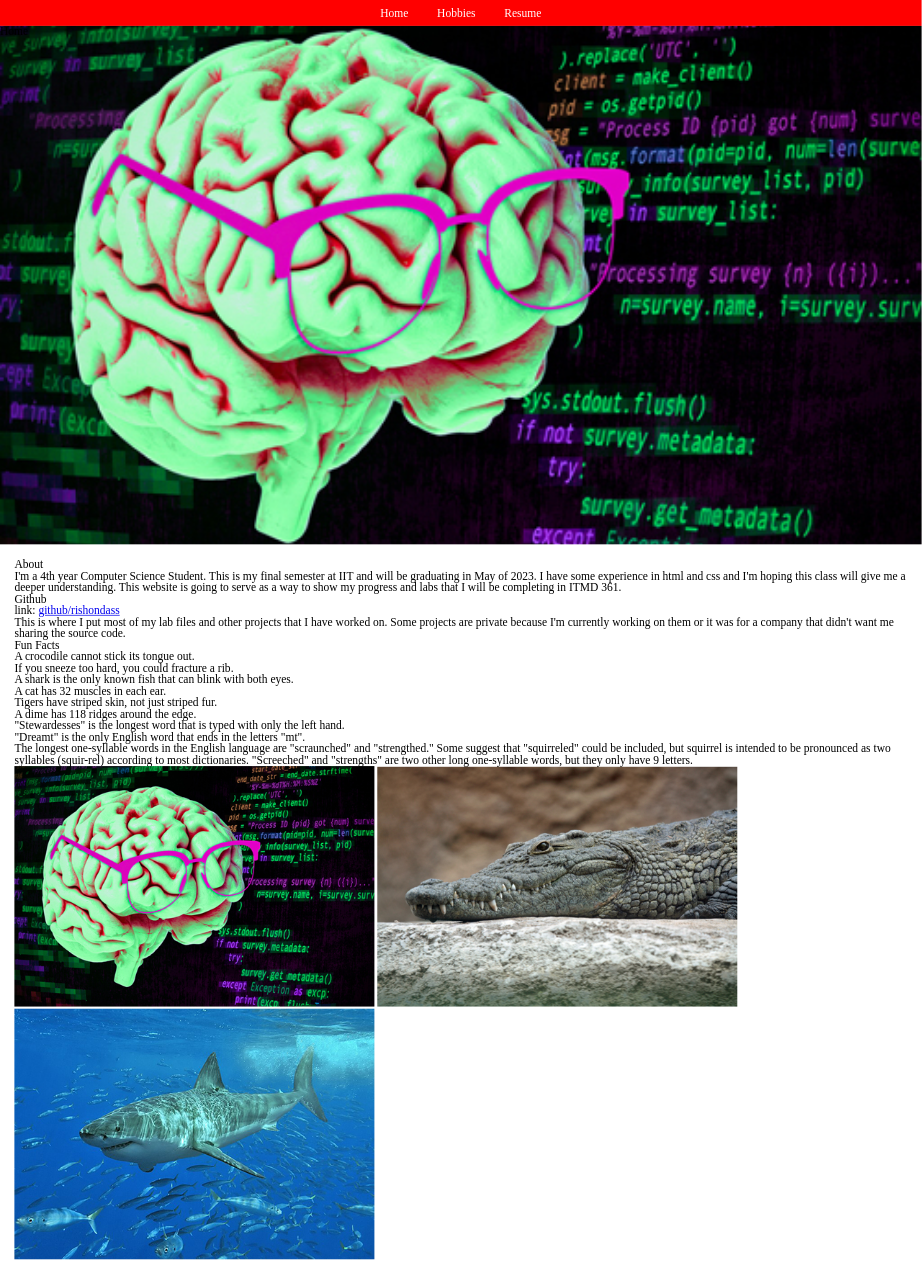
Repository: rishondass/ITMD361-Project2
Page: index.html
These files come from the project's save history. The page is drawn as it stood at one moment and after the next save; the edit follows.
The browser window is 1280 px wide. The pictures show the whole page, at 72% of full size.

Above is the page before, as saved 2023-03-07 21:43:04.

### index.html
<!DOCTYPE html>
<html lang="en">
<head>
    <meta charset="UTF-8">
    <meta name="viewport" content="width=device-width, initial-scale=1.0">
    <link rel="stylesheet" href="css/style.css">
    <link rel="stylesheet" href="css/normalize.css">
    <title>Home</title>
</head>
<body>
    <nav id="main-nav">
        <ul>
            <li>
                <a href="index.html">Home</a>
            </li>
            <li>
                <a href="hobbies.html">Hobbies</a>
            </li>
            <li>
                <a href="resume.html">Resume</a>
            </li>
        </ul>
    </nav>
    <div id="hero-section">
        <h1>
            Home
        </h1>
    </div>
    <div id="main-container">
        <h2>
            About
        </h2>
        <p>
            I'm a 4th year Computer Science Student. This is my final semester at IIT and will be graduating in May of 2023. I have some experience in html and css and I'm hoping this class will give me a deeper understanding. This website is going to serve as a way to show my progress and labs that I will be completing in ITMD 361.
        </p>
        <h2>
            Github
        </h2>
        <p>
            link: <a target="_blank" href="https://www.github.com/rishondass">github/rishondass</a>
        </p>
        <p>
            This is where I put most of my lab files and other projects that I have worked on. Some projects are private because I'm currently working on them or it was for a company that didn't want me sharing the source code.
        </p>
        <h2>
            Fun Facts
        </h2>
        <ul>
            <li>
                A crocodile cannot stick its tongue out.
            </li>
            <li>
                If you sneeze too hard, you could fracture a rib.
            </li>
            <li>
                A shark is the only known fish that can blink with both eyes.
            </li>
            <li>
                A cat has 32 muscles in each ear.
            </li>
            <li>
                Tigers have striped skin, not just striped fur.
            </li>
            <li>
                A dime has 118 ridges around the edge.
            </li>
            <li>
                "Stewardesses" is the longest word that is typed with only the left hand.
            </li>
            <li>
                "Dreamt" is the only English word that ends in the letters "mt".
            </li>
            <li>
                The longest one-syllable words in the English language are "scraunched" and "strengthed." Some suggest that "squirreled" could be included, but squirrel is intended to be pronounced as two syllables (squir-rel) according to most dictionaries. "Screeched" and "strengths" are two other long one-syllable words, but they only have 9 letters.
            </li>
        </ul>
        <img src="images/code.jpg" alt="image_of_code">
        <img src="images/Nile_crocodile_head.jpg" alt="image_of_crocodile">
        <img src="images/White_shark.jpg" alt="image_of_shark">

    </div>
</body>
</html>

### css/style.css
#main-nav{
    background-color: red;
    overflow: hidden;
}

#main-nav ul{
    list-style-type: none;
    padding: 0;
    margin: 0;
    display: flex;
    justify-content: center;
}

#main-nav a{
   display: block;
   padding: 10px 20px;
   text-decoration: none;
   color: white;
}


#main-nav a:hover{
    background-color: rgb(255, 255, 255);
    color:black;
}

#main-container{
    margin: 20px;
}

#hero-section{
    width: 100%;
    height: 100vh;
    background-image: url("/images/code.jpg");
    background-repeat: no-repeat;
    background-size: cover;
    background-position: center;
    margin: 0;
}

Loaded but not shown: css/normalize.css (common file)

After the next save:
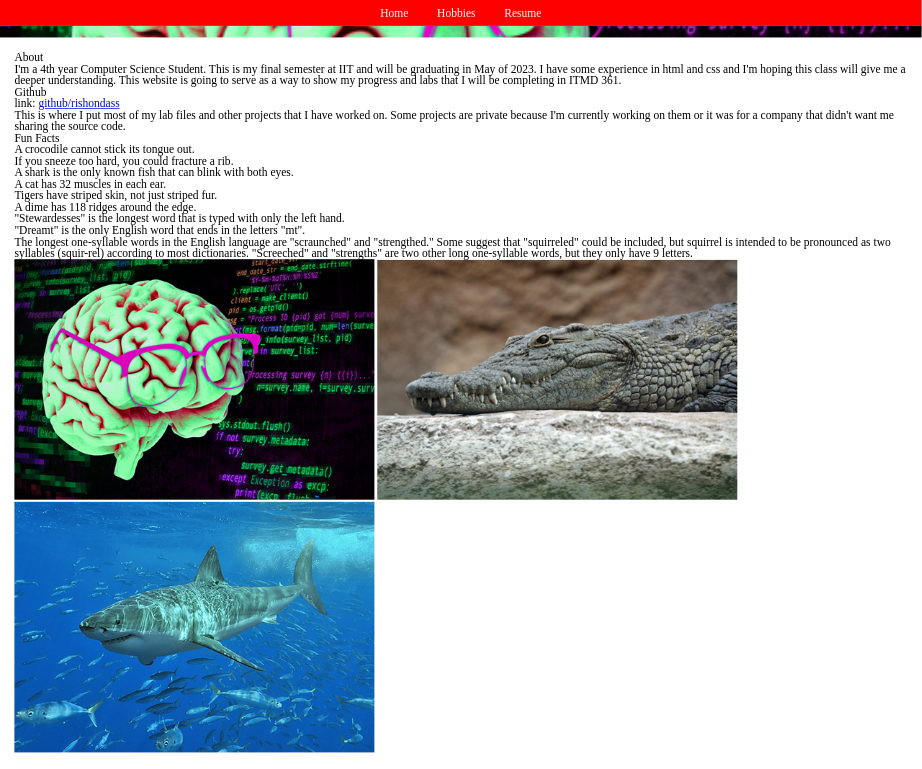
Saved 8 s later.
--- a/css/style.css
+++ b/css/style.css
@@ -30,7 +30,7 @@
 
 #hero-section{
     width: 100%;
-    height: 100vh;
+    height: 100%;
     background-image: url("/images/code.jpg");
     background-repeat: no-repeat;
     background-size: cover;

After the save that followed:
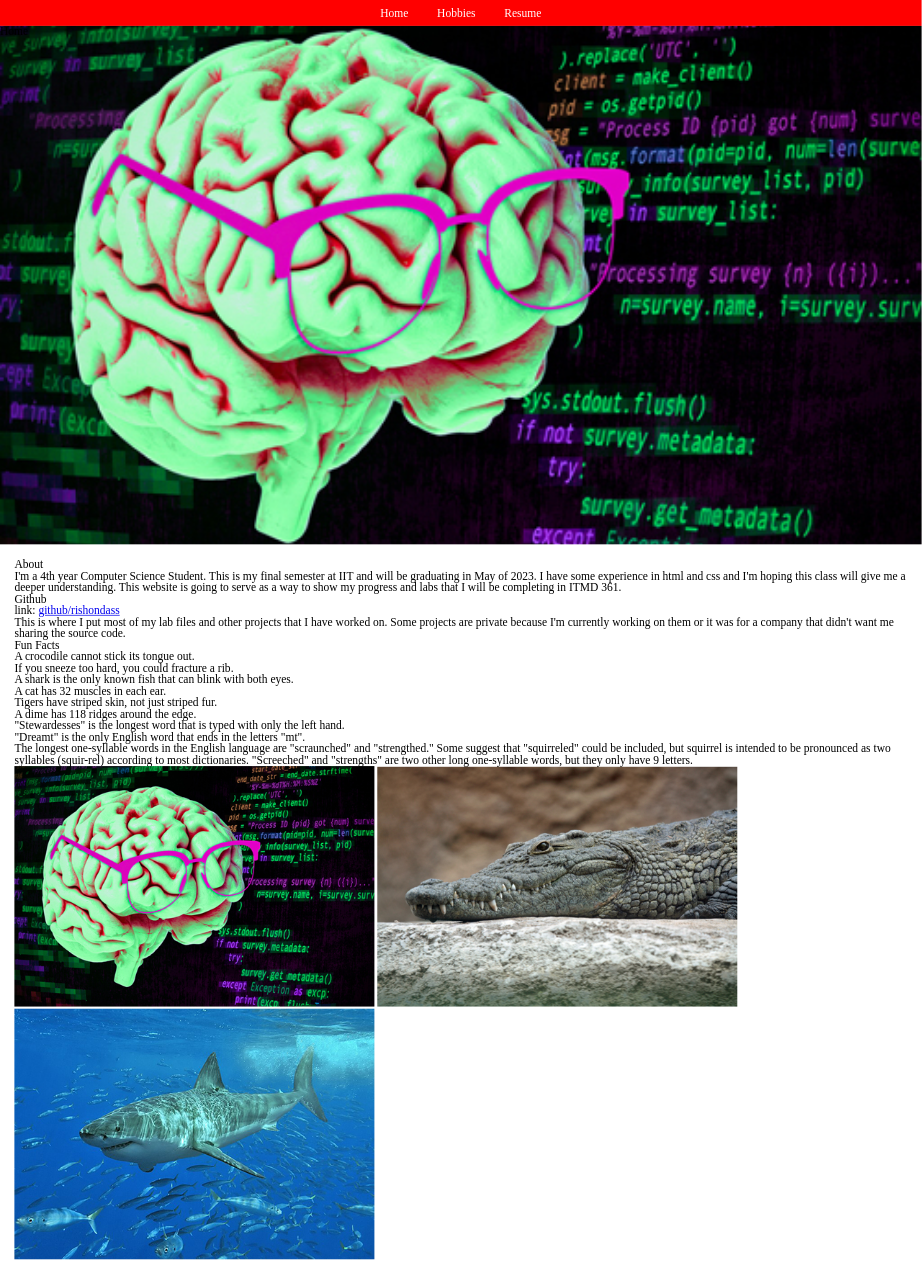
Saved 5 s later.
--- a/css/style.css
+++ b/css/style.css
@@ -30,7 +30,7 @@
 
 #hero-section{
     width: 100%;
-    height: 100%;
+    height: 100vh;
     background-image: url("/images/code.jpg");
     background-repeat: no-repeat;
     background-size: cover;
